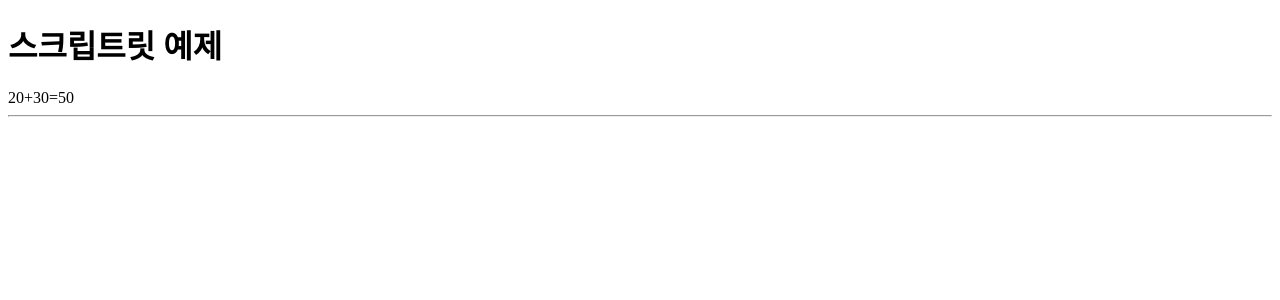
Repository: jsunnypi/JSP
Page: http://localhost/Test/Index.jsp
These files come from the project's save history. The page is drawn as it stood at one moment and after the next save; the edit follows.
The browser window is 1280 px wide. The pictures show the whole page.
The page is served by Tomcat 9.

Above is the page before, as saved 2024-11-14 00:28:22.

### Test/src/main/webapp/Index.jsp
<%@ page language="java" contentType="text/html; charset=UTF-8"
    pageEncoding="UTF-8"%>
<!DOCTYPE html>
<html>
<head>
<meta charset="UTF-8">
<title>Insert title here</title>
</head>
<body>
	<h1>스크립트릿 예제</h1>
	<%
		int num1 = 20;
		int num2 = 30;
		int add = num1 + num2;
		out.print(num1 + "+" + num2 + "=" + add);

	%>
	<hr>
</body>
</html>

After the next save:
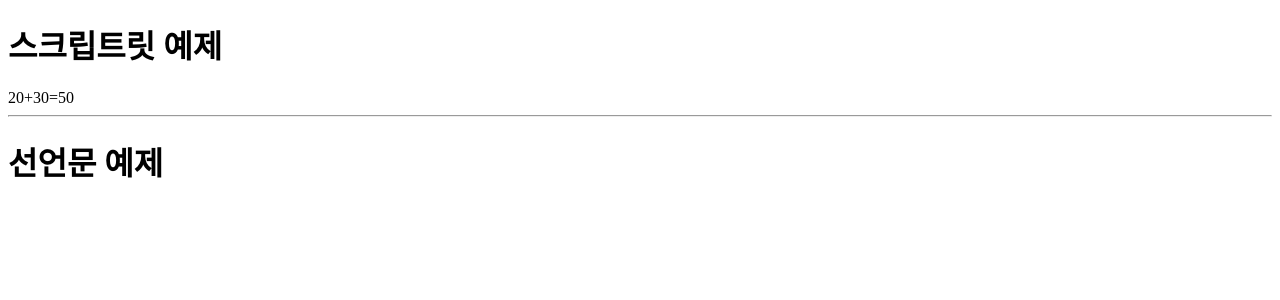
Saved 42 s later.
--- a/Test/src/main/webapp/Index.jsp
+++ b/Test/src/main/webapp/Index.jsp
@@ -13,8 +13,11 @@
 		int num2 = 30;
 		int add = num1 + num2;
 		out.print(num1 + "+" + num2 + "=" + add);
+	%>
 
-	%>
 	<hr>
+
+	<h1> 선언문 예제 </h1>
+
 </body>
 </html>
